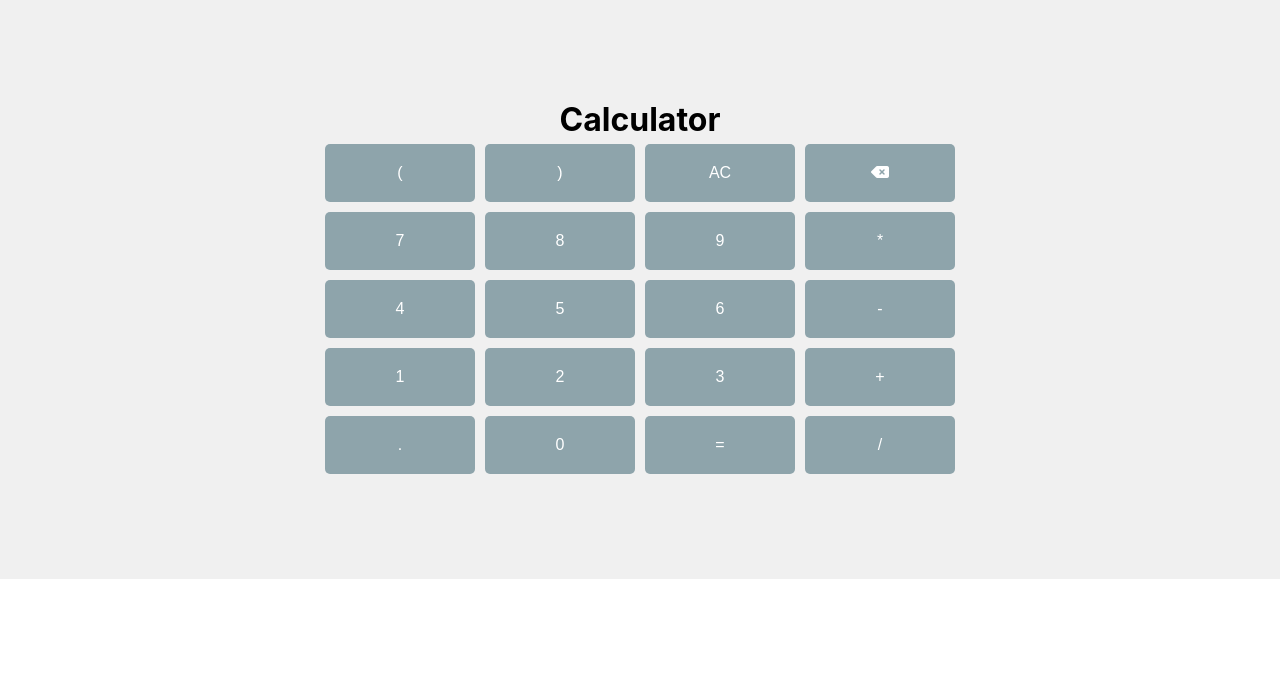
Repository: thesaherriaz/Calculator-React
Page: /
These files come from the project's save history. The page is drawn as it stood at one moment and after the next save; the edit follows.
The browser window is 1280 px wide. The pictures show the whole page.
The project was rebuilt for these pictures with package versions that can differ from the ones it lists, and the page was loaded fresh each time.

Above is the page before, as saved 2025-06-18 15:25:42.

After the next save:
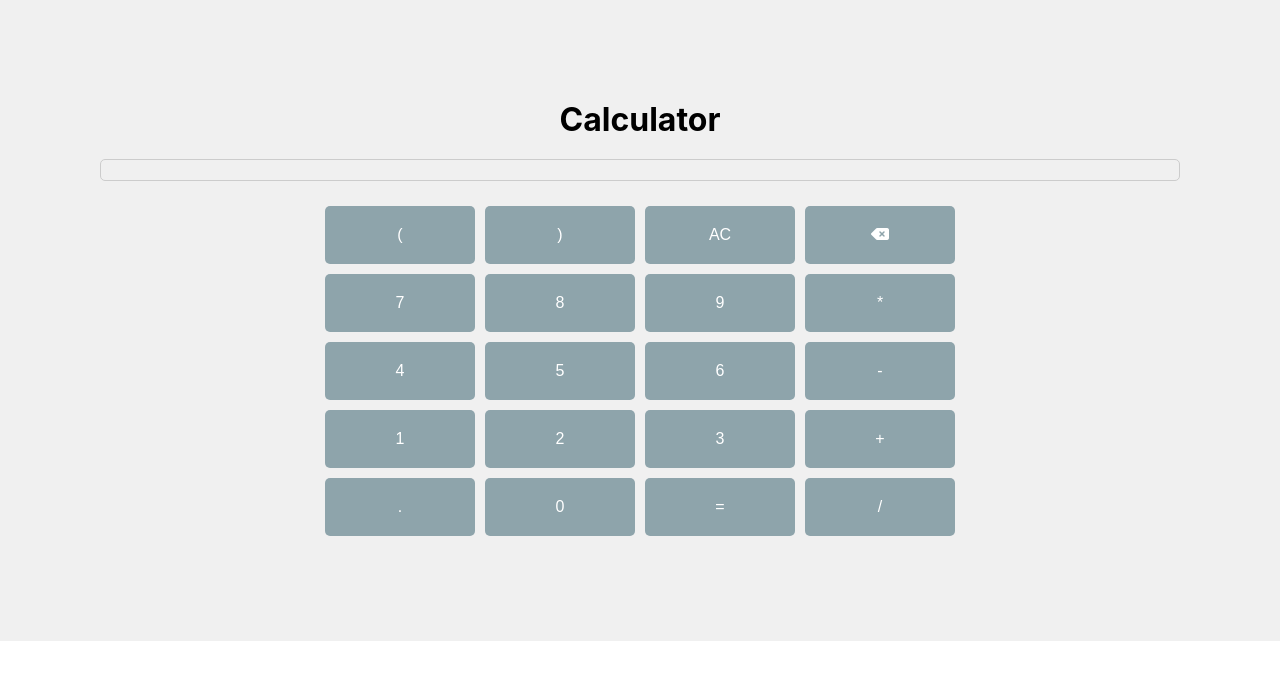
Saved 9 s later.
--- a/src/compnents/Calculator.css
+++ b/src/compnents/Calculator.css
@@ -26,7 +26,7 @@
   transition: background-color 0.3s ease;
 }
 
-.input-box {
+.input {
   width: 100%;
   padding: 10px;
   font-size: 16px;
